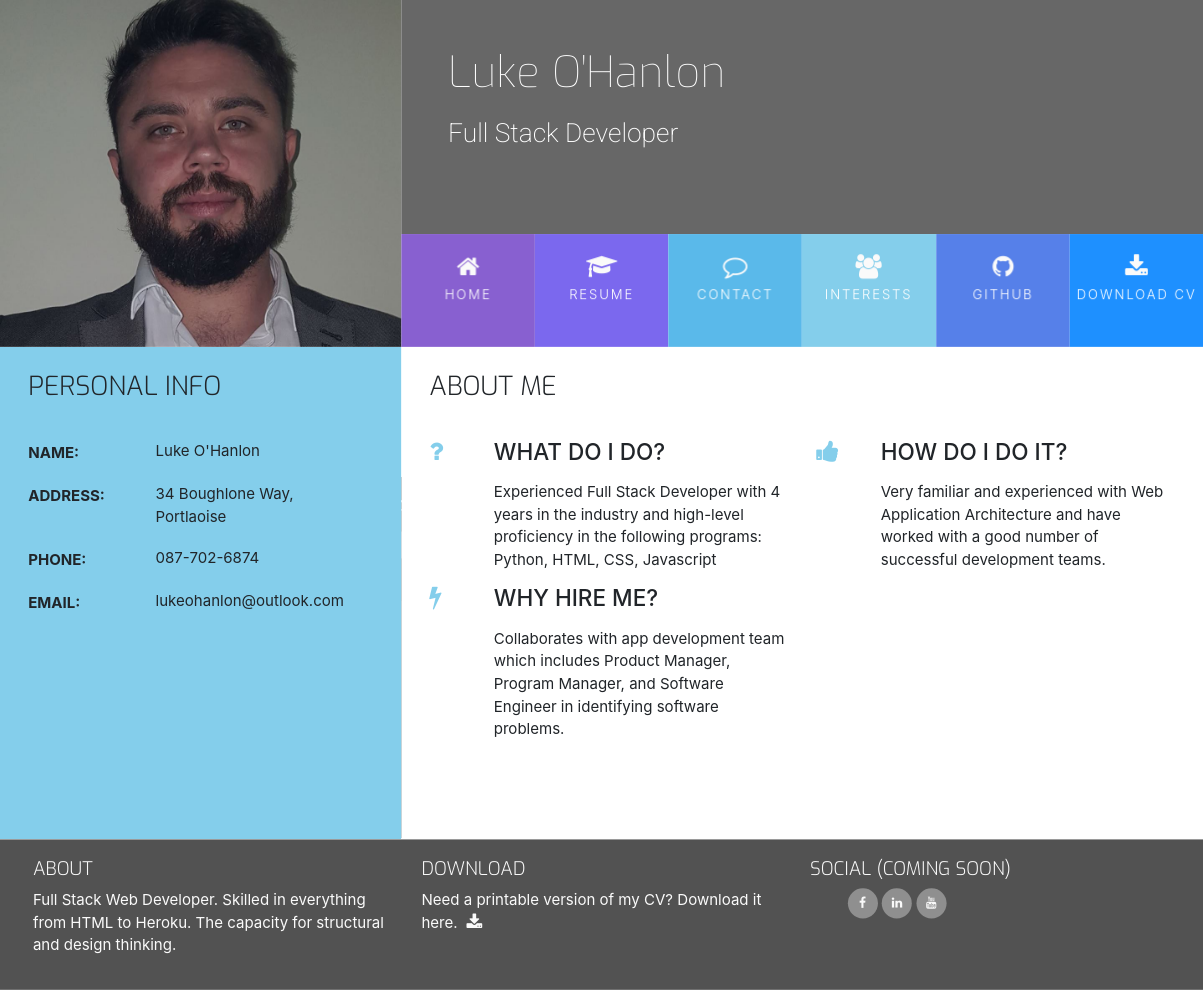
Repository: luke0han/my-resume
Page: index.html
The author's editor kept a record of every edit. The page is drawn from the files as they stood at one moment, then again after the next edit.
The browser window is 1280 px wide. The pictures show the whole page, at 94% of full size.

Above is the page before.

After the next edit:
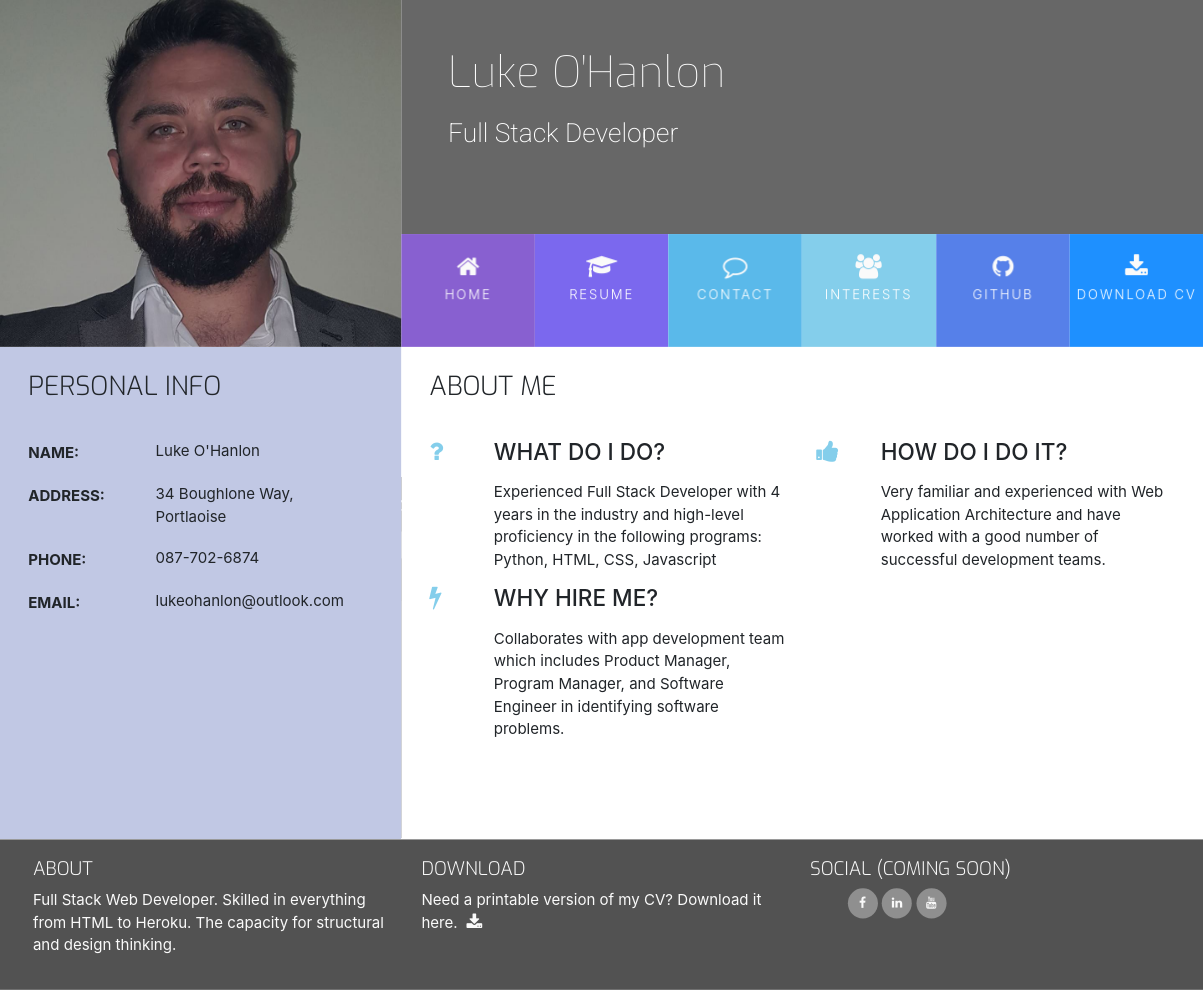
The edit:
--- a/assets/css/style.css
+++ b/assets/css/style.css
@@ -25,7 +25,7 @@
 }
 
 .bg-color-personal-info {
-    background-color: #84ceeb;
+    background-color: #c1c8e4;
 }
 
 .bg-color-work-history {
